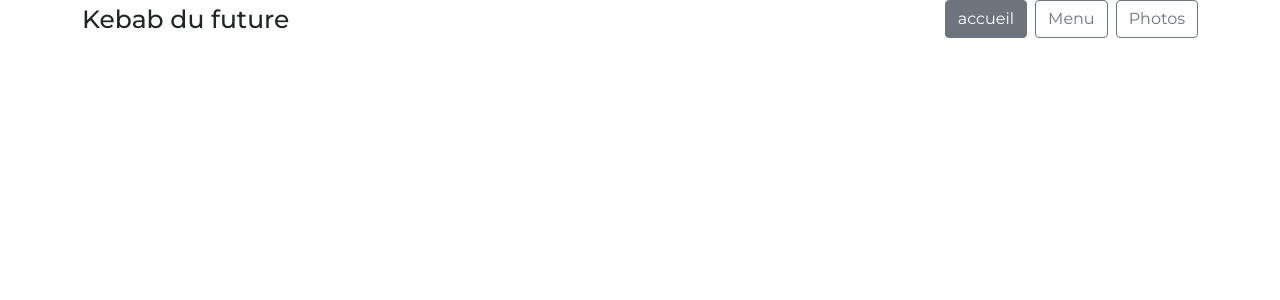
Repository: phbord/THP-js-exercices-manipulation-DOM
Page: index.html
An editor plug-in stored every save of this project. The page is shown before and after a run of saves, followed by the edit.
The browser window is 1280 px wide. The pictures show the whole page.

Above is the page before, as saved 2021-07-19 11:03:07.

After the next 5 saves:
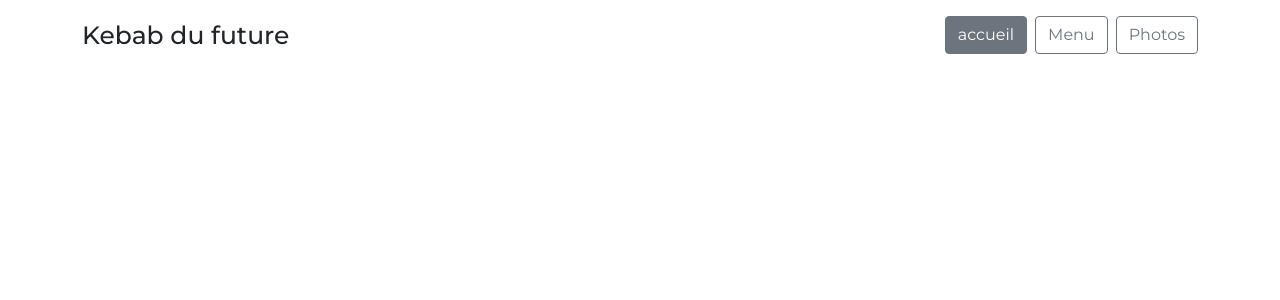
The 5 saves are shown as one change because they came seconds apart.
The last was saved 27 s later.
--- a/index.html
+++ b/index.html
@@ -11,7 +11,7 @@
     </head>
     <body>
         <!-- HEADER -->
-        <header>
+        <header class="py-3">
             <nav class="container d-flex align-items-center justify-content-between">
                 <div class="me-5" href="#">
                     <h1>Kebab du future</h1>
